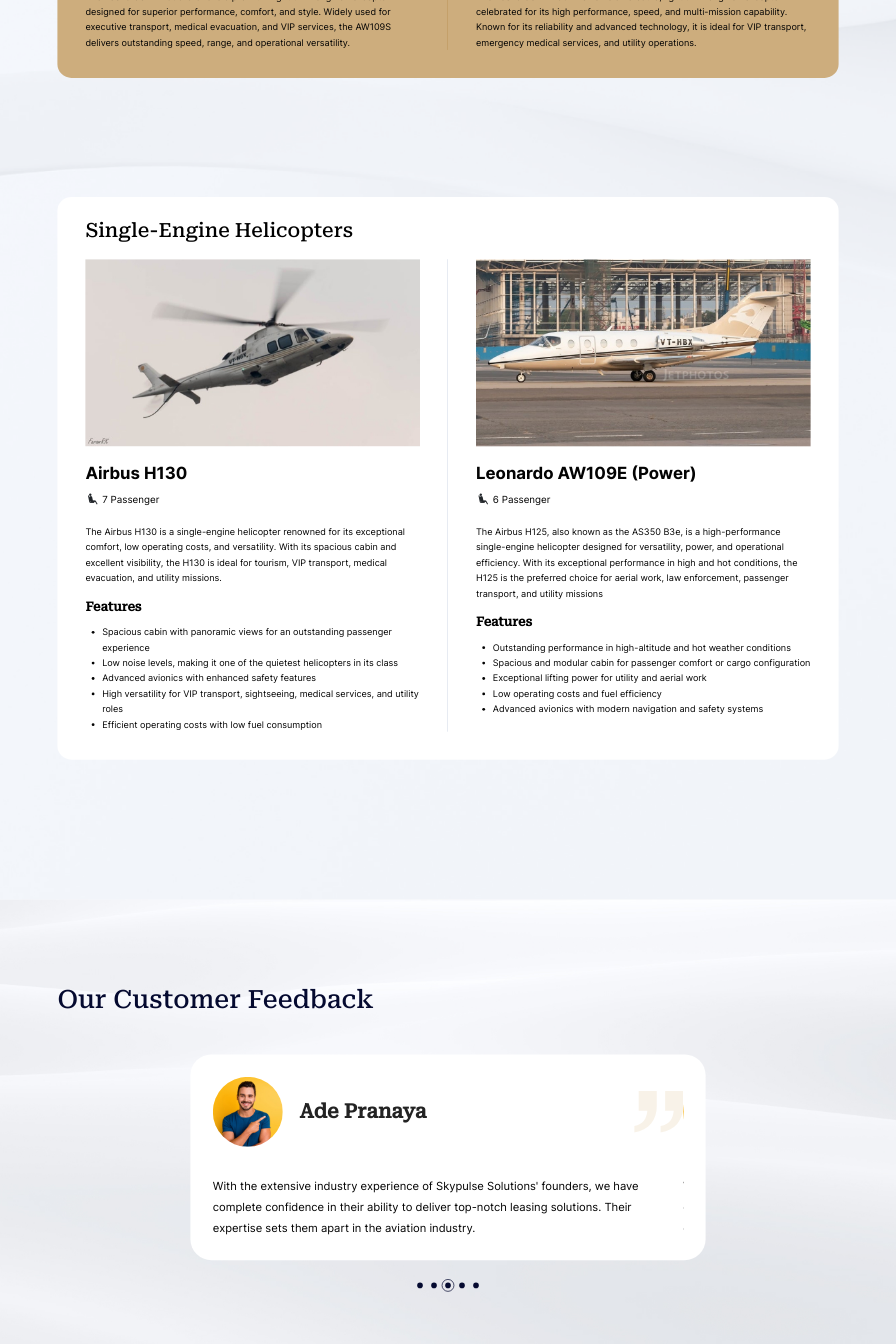
Repository: mangalravi/SkyPulse
Page: index.html
The author's editor kept a copy of each file at every save. The page is drawn from the files as they stood at one save, then again after the next save.
The browser window is 1280 px wide. The pictures show the part of the page from y = 3936 to 5856 px (the page is 5856 px tall), at 70% of full size.

Above is the page before, as saved 2024-12-30 13:27:14.

### index.html
<!DOCTYPE html>
<html lang="en">
  <head>
    <meta charset="UTF-8" />
    <meta name="viewport" content="width=device-width, initial-scale=1.0" />
    <title>SkyPluse</title>
    <link rel="icon" href="content/images/favicon.png" type="image/x-icon" />
    <link
      rel="stylesheet"
      type="text/css"
      href="content/bootstrap/css/bootstrap.min.css"
    />
    <link rel="stylesheet" type="text/css" href="content/css/font-family.css" />
    <link rel="stylesheet" type="text/css" href="content/css/Icon.css" />
    <link
      rel="stylesheet"
      type="text/css"
      href="content/lib/slick/css/slick.min.css"
    />
    <link rel="stylesheet" type="text/css" href="content/css/custom.css" />
  </head>
  <body>
    <header class="nvbrhdr position-fixed w-100">

      <nav class="navbar navbar-expand-lg bg-body-tertiary p-0">
        <div class="container-fluid container-lg">
          <a class="navbar-brand m-0 p-0" href="#">
            <img src="content/images/logo.png" alt="logo">
          </a>
          <button class="navbar-toggler" type="button" data-bs-toggle="collapse" data-bs-target="#navbarSupportedContent" aria-controls="navbarSupportedContent" aria-expanded="false" aria-label="Toggle navigation">
            <span class="navbar-toggler-icon"></span>
          </button>
          <div class="collapse navbar-collapse" id="navbarSupportedContent">
            <ul class="navbar-nav ms-auto mb-2 mb-lg-0">
              <li class="nav-item">
                <a class="nav-link active ps-0" aria-current="page" href="#">Home</a>
              </li>
              <li class="nav-item">
                <a class="nav-link" href="#">Who we are</a>
              </li>

              <li class="nav-item">
                <a class="nav-link" href="#">Our Services</a>
              </li>
              <li class="nav-item">
                <a class="nav-link" href="#">Our Fleets</a>
              </li>
              <li class="nav-item">
                <a class="nav-link" href="#">Testimonials</a>
              </li>

              <li class="nav-item">
                <a class="nav-link pe-0" href="#">Contact Us</a>
              </li>
            </ul>

          </div>
        </div>
      </nav>

    </header>
   <section class="top-banner">
    <div class="container">
      <div class="row justify-content-center">
        <div class="col-md-10">
          <div class="topcntnt text-center">
            <img src="content/images/airplane.png" alt="airplane">
            <h1 class="mb-2 fw-medium">Innovative Aerospace Solutions for a Better Tomorrow</h1>
            <p class="mb-2">We are committed to supporting clients from all sectors in achieving the fairness and success they deserve, delivering tailored aviation leasing solutions that meet their unique needs.</p>
            <span class="material-symbols-outlined">  arrow_forward_ios </span>
          </div>
        </div>
      </div>
    </div>
   </section>
   <section class="who-we-are">
    <div class="container">
      <div class="row justify-content-center gx-4">
        <div class="col-md-4">
<img src="content/images/who-we-are.png" alt="who">
          </div>
        <div class="col-md-8">
<h2 class="sec-head ">Who we are</h2>
<p class="sec-para mb-4">Skypulse Solutions is a
  dynamic start-up specializing in innovative aircraft leasing solutions
   for clients across India
  and globally.  Committed
   to reliability, efficiency, and exceptional
   customer service, we
   strive to become a
   trusted partner in
   delivering excellence
   within the aviation industry.</p>
   <p class="sec-para mb50">
    At Skypulse Solutions, our core values guide us. We prioritize integrity and transparency, embrace innovation for tailored solutions, and commit to excellence, collaboration, and sustainability to foster strong partnerships in aviation.
   </p>
   <div class="row">
    <div class="col-md-4">
      <img src="content/images/integrity.svg" alt="integrity" class="mb20">
      <h3 class="mb-2">Integrity</h3>
      <p class="mb-0">We uphold honesty and transparency in all our dealings.</p>
    </div>
    <div class="col-md-4">
      <img src="content/images/innovation.svg" alt="innovation" class="mb20">
      <h3 class="mb-2">Innovation</h3>
      <p class="mb-0">We embrace forward-thinking solutions to stay ahead in the aviation industry.</p>
    </div>
    <div class="col-md-4">
      <img src="content/images/customer-centricity.svg" alt="customer-centricity" class="mb20">
      <h3 class="mb-2">Customer Centricity</h3>
      <p class="mb-0">Our services are tailored to meet the unique needs of each client.</p>
    </div>
   </div>
          </div>
          </div>
          </div>
          </section>
          <section class="service">
            <div class="container">
              <h2 class="sec-head gold text-center">Our Key Services</h2>
              <div class="row">
                <div class="col-md-4 d-flex">
                  <div class="servicecntnt">
                    <img src="content/images/aircraft-leasing.jpg" alt="aircraft-leasing">
                    <div class="p-4">
                    <h3>Aircraft Leasing</h3>
                    <p class="m-0">Skypulse Solutions provides a wide array of aircraft leasing options, including dry leases, short-term and long-term contracts, and fully customized leasing solutions tailored to the specific needs of our clients.</p>
                    </div>
                  </div>
                </div>
                <div class="col-md-4 d-flex">
                  <div class="servicecntnt">
                    <img src="content/images/Fleet-Management.jpg" alt="Fleet-Management">
                    <div class="p-4">
                    <h3>Fleet Management</h3>
                    <p class="m-0">Our skilled team offers comprehensive fleet management services, covering maintenance oversight, operational support, and lease administration to ensure maximum efficiency and performance throughout the leasing term.</p>
                    </div>
                  </div>
                </div>
                <div class="col-md-4 d-flex">
                  <div class="servicecntnt">
                    <img src="content/images/consulting-services.jpg" alt="Consulting-Services">
                    <div class="p-4">
                    <h3>Consulting Services</h3>
                    <p class="m-0">Skypulse Solutions delivers strategic consulting services, helping clients optimize their aviation operations, identify growth opportunities, and navigate regulatory requirements to enhance profitability and achieve long-term success.</p>
                    </div>
                  </div>
                </div>

              </div>
            </div>
          </section>
          <section class="fleets">
            <div class="container">
              <h2 class="sec-head text-center">Our Fleets</h2>
              <div class="fixed-wing mb170 position-relative">
                <h3 class="position-absolute bg-white m-0">Fixed Wing</h3>
                <div class="fixwingcontainer bg-white mncntnr">
                  <div class="row gx40">
                    <div class="col-md-6">
                      <div class="inner bdrrgt position-relative">
                        <img src="content/images/fixed-wing-1.jpg" alt="fixed-wing-1" class="mb20">
                        <p class="cardhd mb-1 fw-bold">Beechcraft King Air 350</p>
                        <div class="d-flex mb20 align-items-center">
                          <span class="material-symbols-outlined">
                            airline_seat_recline_extra
                            </span>
                            <p class="mb-0 ms-1">8 Passenger</p>
                        </div>
                        <p class="mb-0">The Beechcraft King Air 350 is a versatile twin-turboprop aircraft renowned for its superior performance, reliability, and luxurious cabin. Perfect for business travel, medical evacuation, and cargo transport, the King Air 350 delivers unmatched operational efficiency and comfort.</p>
                      </div>
                    </div>
                    <div class="col-md-6">
                      <div class="inner">
                        <img src="content/images/fixed-wing-2.jpg" alt="fixed-wing-2" class="mb20">
                        <p class="cardhd mb-1 fw-bold">Hawker 400</p>
                        <div class="d-flex mb20 align-items-center">
                          <span class="material-symbols-outlined">
                            airline_seat_recline_extra
                            </span>
                            <p class="mb-0 ms-1">8 Passenger</p>
                        </div>
                        <p class="mb-0">The Hawker 400 is a light business jet renowned for its exceptional speed, comfort, and efficiency. Ideal for short to mid-range trips, the Hawker 400 combines sleek design with reliable performance, offering an excellent travel solution for executives and private travelers.</p>
                      </div>
                    </div>
                  </div>
                </div>
              </div>
              <div class="fixed-wing mb170 position-relative">
                <h3 class="position-absolute bg-gold m-0">Twin-Engine Helicopters</h3>
                <div class="fixwingcontainer bg-gold mncntnr">
                  <div class="row gx40">
                    <div class="col-md-6">
                      <div class="inner bdrrgt bdrgold position-relative">
                        <img src="content/images/twin-engine-helicopters-1.jpg" alt="twin-1" class="mb20">
                        <p class="cardhd mb-1 fw-bold">Leonardo AW109S (Grand)</p>
                        <div class="d-flex mb20 align-items-center">
                          <span class="material-symbols-outlined">
                            airline_seat_recline_extra
                            </span>
                            <p class="mb-0 ms-1">6 Passenger</p>
                        </div>
                        <p class="mb-0">The Leonardo AW109S Grand is a premium light twin-engine helicopter designed for superior performance, comfort, and style. Widely used for executive transport, medical evacuation, and VIP services, the AW109S delivers outstanding speed, range, and operational versatility.</p>
                      </div>
                    </div>
                    <div class="col-md-6">
                      <div class="inner">
                        <img src="content/images/fixed-wing-2.jpg" alt="fixed-wing-2" class="mb20">
                        <p class="cardhd mb-1 fw-bold">Leonardo AW109E (Power)</p>
                        <div class="d-flex mb20 align-items-center">
                          <span class="material-symbols-outlined">
                            airline_seat_recline_extra
                            </span>
                            <p class="mb-0 ms-1">6 Passenger</p>
                        </div>
                        <p class="mb-0">The Leonardo AW109E Power is a versatile, light twin-engine helicopter celebrated for its high performance, speed, and multi-mission capability. Known for its reliability and advanced technology, it is ideal for VIP transport, emergency medical services, and utility operations.</p>
                      </div>
                    </div>
                  </div>
                </div>
              </div>
              <div class="fixed-wing mb80 position-relative">
                <div class="fixwingcontainer bg-white mncntnr lastcard">
                  <h3 class="mb20 rounded-0 p-0">Single-Engine Helicopters</h3>
                  <div class="row gx40">
                    <div class="col-md-6">
                      <div class="inner bdrrgt position-relative">
                        <img src="content/images/twin-engine-helicopters-1.jpg" alt="twin-1" class="mb20 rounded-0">
                        <p class="cardhd mb-1 fw-bold">Airbus H130</p>
                        <div class="d-flex mb20 align-items-center">
                          <span class="material-symbols-outlined">
                            airline_seat_recline_extra
                            </span>
                            <p class="mb-0 ms-1">7 Passenger</p>
                        </div>
                        <p>The Airbus H130 is a single-engine helicopter renowned for its exceptional comfort, low operating costs, and versatility. With its spacious cabin and excellent visibility, the H130 is ideal for tourism, VIP transport, medical evacuation, and utility missions.</p>
                        <h5 class="fw-bold">Features</h5>
                        <ul class="mb-0 ps-4">
                          <li>Spacious cabin with panoramic views for an outstanding passenger experience</li>
                          <li>Low noise levels, making it one of the quietest helicopters in its class</li>
                          <li>Advanced avionics with enhanced safety features</li>
                          <li>High versatility for VIP transport, sightseeing, medical services, and utility roles</li>
                          <li>Efficient operating costs with low fuel consumption</li>
                        </ul>
                       </div>
                    </div>
                    <div class="col-md-6">
                      <div class="inner">
                        <img src="content/images/fixed-wing-2.jpg" alt="fixed-wing-2" class="mb20 rounded-0">
                        <p class="cardhd mb-1 fw-bold">Leonardo AW109E (Power)</p>
                        <div class="d-flex mb20 align-items-center">
                          <span class="material-symbols-outlined">
                            airline_seat_recline_extra
                            </span>
                            <p class="mb-0 ms-1">6 Passenger</p>
                        </div>
                        <p>The Airbus H125, also known as the AS350 B3e, is a high-performance single-engine helicopter designed for versatility, power, and operational efficiency. With its exceptional performance in high and hot conditions, the H125 is the preferred choice for aerial work, law enforcement, passenger transport, and utility missions</p>
                        <h5 class="fw-bold">Features</h5>
                        <ul class="mb-0 ps-4">
                          <li>Outstanding performance in high-altitude and hot weather conditions</li>
                          <li>Spacious and modular cabin for passenger comfort or cargo configuration</li>
                          <li>Exceptional lifting power for utility and aerial work</li>
                          <li>Low operating costs and fuel efficiency</li>
                          <li>Advanced avionics with modern navigation and safety systems</li>
                        </ul>
                       </div>
                    </div>
                  </div>
                </div>
              </div>
            </div>
          </section>
          <section class="customer">
            <div class="container">
              <h2 class="sec-head">Our Customer Feedback</h2>
              <div class="row justify-content-center">
                <div class="col-md-8">
                  <div class="slick-slider bg-white p32">
                    <div class="slidercntnt">
                      <div class="d-flex justify-content-between align-items-center mb40">
                        <div class="d-flex align-items-center">
                          <img src="content/images/user.jpg" alt="user" class="rounded-circle">
                          <h3 class="name mb-0 ms-4 fw-bold">Ade Pranaya</h3>
                        </div>
                        <img src="content/images/quote.svg" alt="quote">
                      </div>
                      <p class="m-0">With the extensive industry experience of Skypulse Solutions' founders, we have complete confidence in their ability to deliver top-notch leasing solutions. Their expertise sets them apart in the aviation industry.</p>
                    </div>
                    <div class="slidercntnt">
                      <div class="d-flex justify-content-between align-items-center mb40">
                        <div class="d-flex align-items-center">
                          <img src="content/images/user.jpg" alt="user" class="rounded-circle">
                          <h3 class="name mb-0 ms-4 fw-bold">Ade Pranaya</h3>
                        </div>
                        <img src="content/images/quote.svg" alt="quote">
                      </div>
                      <p class="m-0">With the extensive industry experience of Skypulse Solutions' founders, we have complete confidence in their ability to deliver top-notch leasing solutions. Their expertise sets them apart in the aviation industry.</p>
                    </div>
                    <div class="slidercntnt">
                      <div class="d-flex justify-content-between align-items-center mb40">
                        <div class="d-flex align-items-center">
                          <img src="content/images/user.jpg" alt="user" class="rounded-circle">
                          <h3 class="name mb-0 ms-4 fw-bold">Ade Pranaya</h3>
                        </div>
                        <img src="content/images/quote.svg" alt="quote">
                      </div>
                      <p class="m-0">With the extensive industry experience of Skypulse Solutions' founders, we have complete confidence in their ability to deliver top-notch leasing solutions. Their expertise sets them apart in the aviation industry.</p>
                    </div>
                    <div class="slidercntnt">
                      <div class="d-flex justify-content-between align-items-center mb40">
                        <div class="d-flex align-items-center">
                          <img src="content/images/user.jpg" alt="user" class="rounded-circle">
                          <h3 class="name mb-0 ms-4 fw-bold">Ade Pranaya</h3>
                        </div>
                        <img src="content/images/quote.svg" alt="quote">
                      </div>
                      <p class="m-0">With the extensive industry experience of Skypulse Solutions' founders, we have complete confidence in their ability to deliver top-notch leasing solutions. Their expertise sets them apart in the aviation industry.</p>
                    </div>
                    <div class="slidercntnt">
                      <div class="d-flex justify-content-between align-items-center mb40">
                        <div class="d-flex align-items-center">
                          <img src="content/images/user.jpg" alt="user" class="rounded-circle">
                          <h3 class="name mb-0 ms-4 fw-bold">Ade Pranaya</h3>
                        </div>
                        <img src="content/images/quote.svg" alt="quote">
                      </div>
                      <p class="m-0">With the extensive industry experience of Skypulse Solutions' founders, we have complete confidence in their ability to deliver top-notch leasing solutions. Their expertise sets them apart in the aviation industry.</p>
                    </div>

                  </div>
                </div>
              </div>
            </div>
          </section>
    <script src="content/js/jquery.min.js"></script>
  <script src="content/bootstrap/js/bootstrap.bundle.min.js"></script>
    <script src="content/lib/slick/js/slick.min.js"></script>
    <script src="content/js/custom.js"></script>
  </body>
</html>

### content/css/font-family.css
/* Inter Family */

@font-face {
  font-family: "Inter";
  font-style: normal;
  font-weight: 400;
  src: url("../fonts/Inter/Inter-Regular.ttf") format("truetype");
  font-display: swap;
}

@font-face {
  font-family: "Inter";
  font-style: normal;
  font-weight: 500;
  src: url("../fonts/Inter/Inter-Medium.ttf") format("truetype");
  font-display: swap;
}
@font-face {
  font-family: "Inter";
  font-style: normal;
  font-weight: 700;
  src: url("../fonts/Inter/Inter-Bold.ttf") format("truetype");
  font-display: swap;
}

/* Roboto Serif Family */

@font-face {
  font-family: "RobotoSerif";
  font-style: normal;
  font-weight: 400;
  src: url("../fonts/Roboto-Serif/RobotoSerif-Regular.ttf") format("truetype");
  font-display: swap;
}

@font-face {
  font-family: "RobotoSerif";
  font-style: normal;
  font-weight: 500;
  src: url("../fonts/Roboto-Serif/RobotoSerif-Medium.ttf") format("truetype");
  font-display: swap;
}

### content/lib/slick/css/slick.min.css
/**
 * Minified by jsDelivr using clean-css v4.2.0.
 * Original file: /npm/slick-carousel@1.8.1/slick/slick.css
 *
 * Do NOT use SRI with dynamically generated files! More information: https://www.jsdelivr.com/using-sri-with-dynamic-files
 */
 .slick-slider{position:relative;display:block;box-sizing:border-box;-webkit-user-select:none;-moz-user-select:none;-ms-user-select:none;user-select:none;-webkit-touch-callout:none;-khtml-user-select:none;-ms-touch-action:pan-y;touch-action:pan-y;-webkit-tap-highlight-color:transparent}.slick-list{position:relative;display:block;overflow:hidden;margin:0;padding:0}.slick-list:focus{outline:0}.slick-list.dragging{cursor:pointer;cursor:hand}.slick-slider .slick-list,.slick-slider .slick-track{-webkit-transform:translate3d(0,0,0);-moz-transform:translate3d(0,0,0);-ms-transform:translate3d(0,0,0);-o-transform:translate3d(0,0,0);transform:translate3d(0,0,0)}.slick-track{position:relative;top:0;left:0;display:block;margin-left:auto;margin-right:auto}.slick-track:after,.slick-track:before{display:table;content:''}.slick-track:after{clear:both}.slick-loading .slick-track{visibility:hidden}.slick-slide{display:none;float:left;height:100%;min-height:1px}[dir=rtl] .slick-slide{float:right}.slick-slide img{display:block}.slick-slide.slick-loading img{display:none}.slick-slide.dragging img{pointer-events:none}.slick-initialized .slick-slide{display:block}.slick-loading .slick-slide{visibility:hidden}.slick-vertical .slick-slide{display:block;height:auto;border:1px solid transparent}.slick-arrow.slick-hidden{display:none}
 /*# sourceMappingURL=/sm/fb3ed351cd5c0f1f30f88778ee1f9b056598e6d25ac4fdcab1eebcd8be521cd9.map */

Loaded but not shown: content/bootstrap/css/bootstrap.min.css (library); content/js/jquery.min.js (library); content/bootstrap/js/bootstrap.bundle.min.js (library); content/lib/slick/js/slick.min.js (library); content/js/custom.js (14 lines, source omitted); content/css/custom.css (299 lines, source omitted); content/css/Icon.css (70 lines, source omitted)

After the next save:
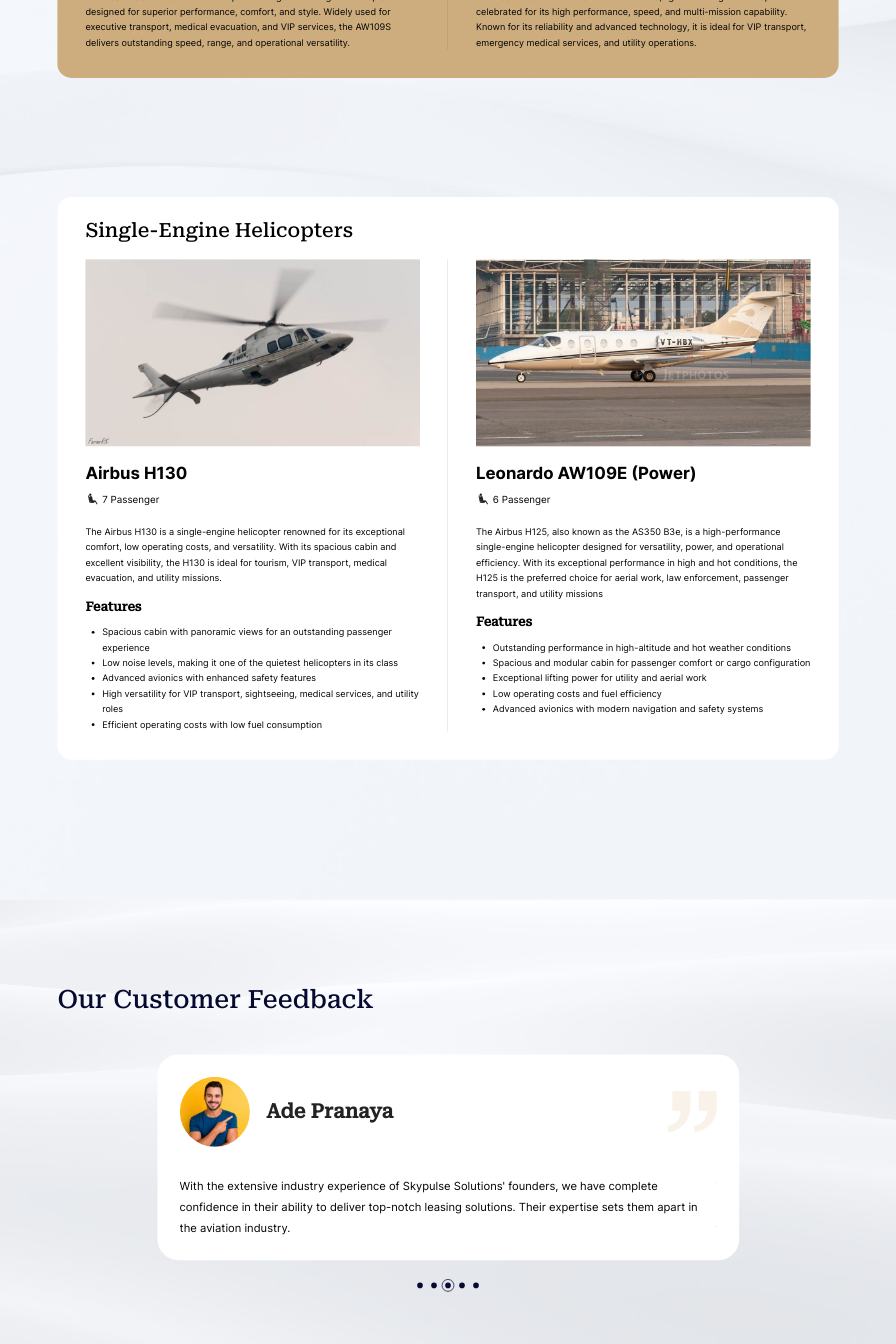
Saved 9 s later.
--- a/index.html
+++ b/index.html
@@ -274,7 +274,7 @@
             <div class="container">
               <h2 class="sec-head">Our Customer Feedback</h2>
               <div class="row justify-content-center">
-                <div class="col-md-8">
+                <div class="col-md-9">
                   <div class="slick-slider bg-white p32">
                     <div class="slidercntnt">
                       <div class="d-flex justify-content-between align-items-center mb40">
